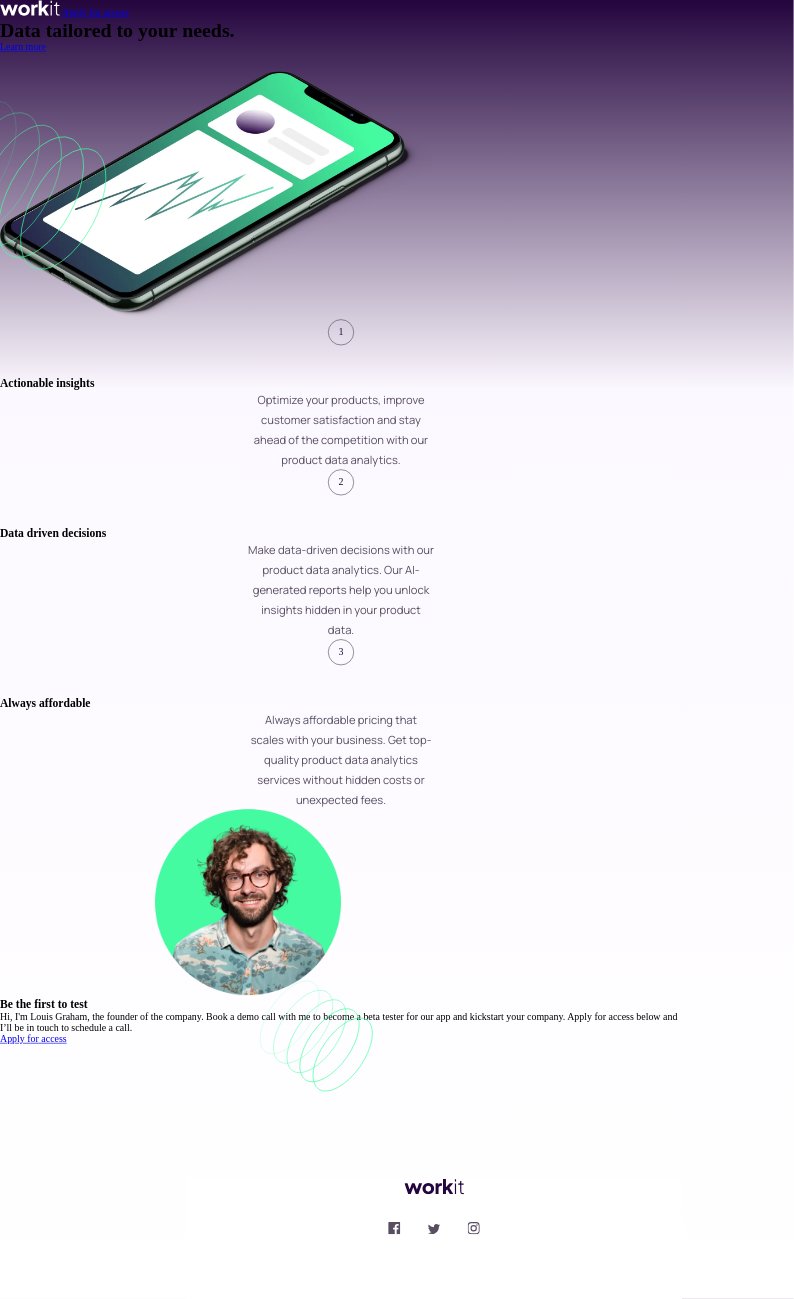
Repository: Arkitecth/landing_page
Page: starter-code/index.html
These files come from the project's save history. The page is drawn as it stood at one moment and after the next save; the edit follows.
The browser window is 1280 px wide. The pictures show the whole page, at 62% of full size.

Above is the page before, as saved 2023-05-25 19:32:06.

After the next save:
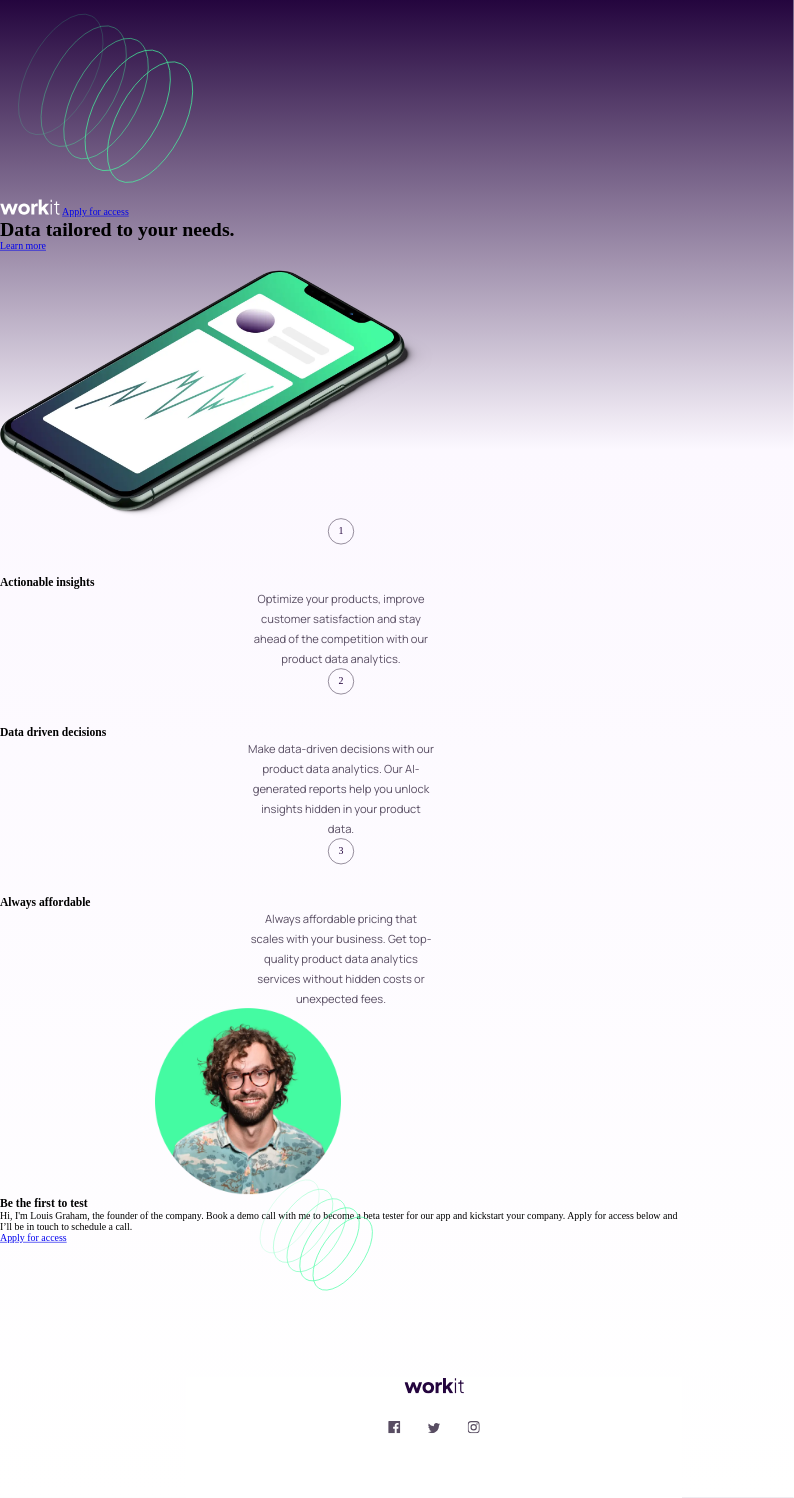
Saved 3 days later.
--- a/starter-code/index.html
+++ b/starter-code/index.html
@@ -9,7 +9,7 @@
 </head>
 <body>
   <header id="header">
-    <object class="bg-pattern-1" data="assets/images/bg-pattern-1.svg"></object>
+    <img src="assets/images/bg-pattern-1.svg" alt="">
     <!-- <object class="bg-pattern-2"data="assets/images/bg-pattern-2.svg"></object> -->
     <div class="container">
       <nav>

After the 2 saves that followed:
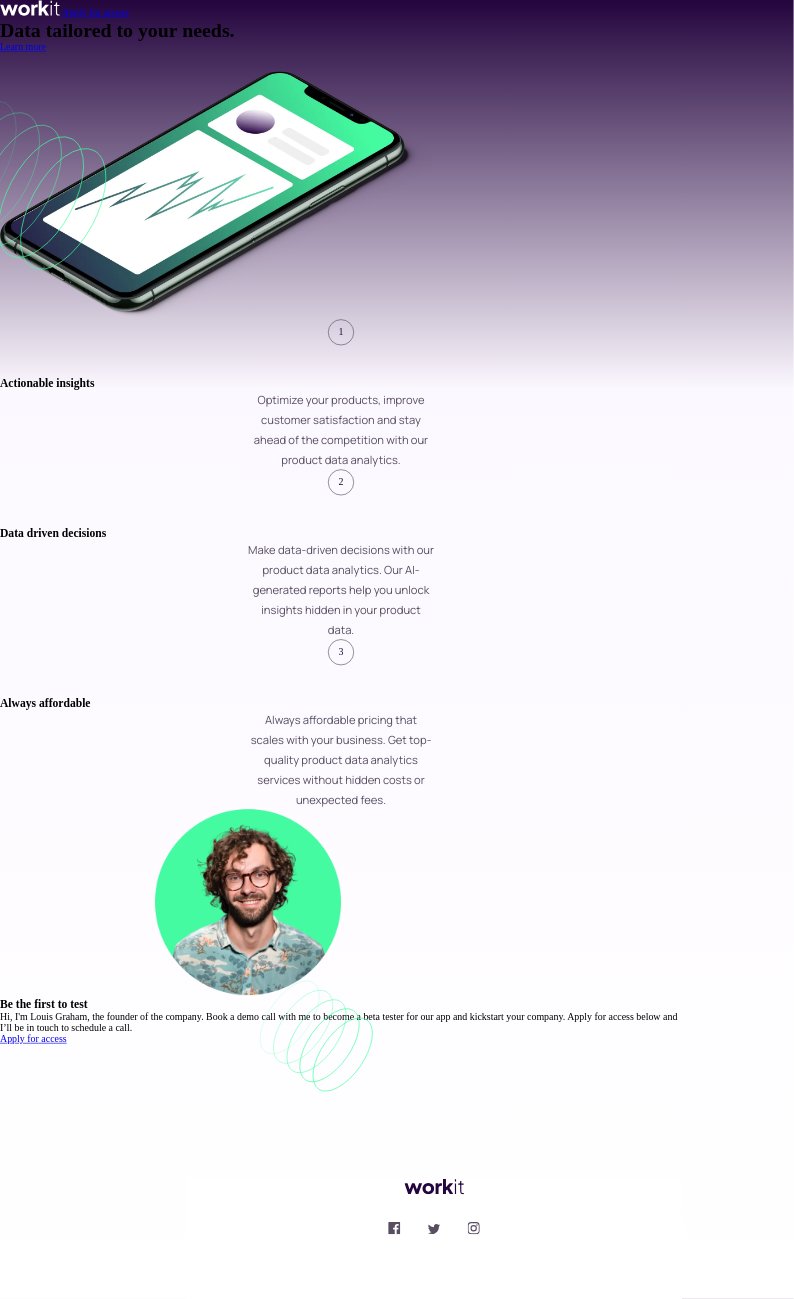
The 2 saves are shown as one change because 1 left the picture as it was.
The last was saved 21 s later.
--- a/starter-code/index.html
+++ b/starter-code/index.html
@@ -9,7 +9,7 @@
 </head>
 <body>
   <header id="header">
-    <img src="assets/images/bg-pattern-1.svg" alt="">
+    <object class="bg-pattern-1" data="assets/images/bg-pattern-1.svg"></object>
     <!-- <object class="bg-pattern-2"data="assets/images/bg-pattern-2.svg"></object> -->
     <div class="container">
       <nav>
